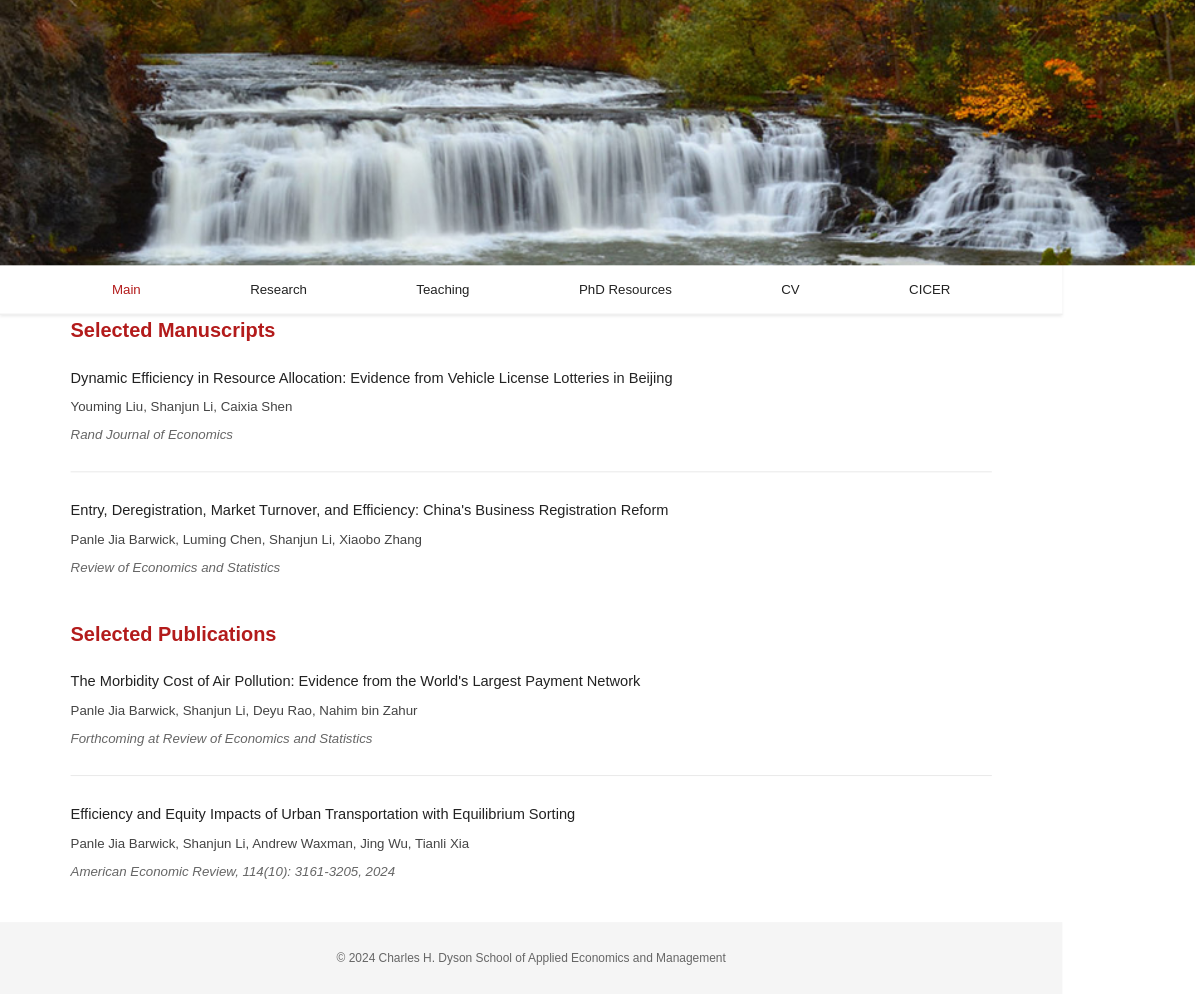
Repository: huang-heavenly-Emperor/k1_project
Page: index.html
These files come from the project's save history. The page is drawn as it stood at one moment and after the next save; the edit follows.
The browser window is 1280 px wide. The page is 1440 px wide, so the pictures cover 1440 px, including what lies to the right of the window. The pictures show the whole page, at 83% of full size.

Above is the page before, as saved 2024-11-17 04:58:29.

After the next save:
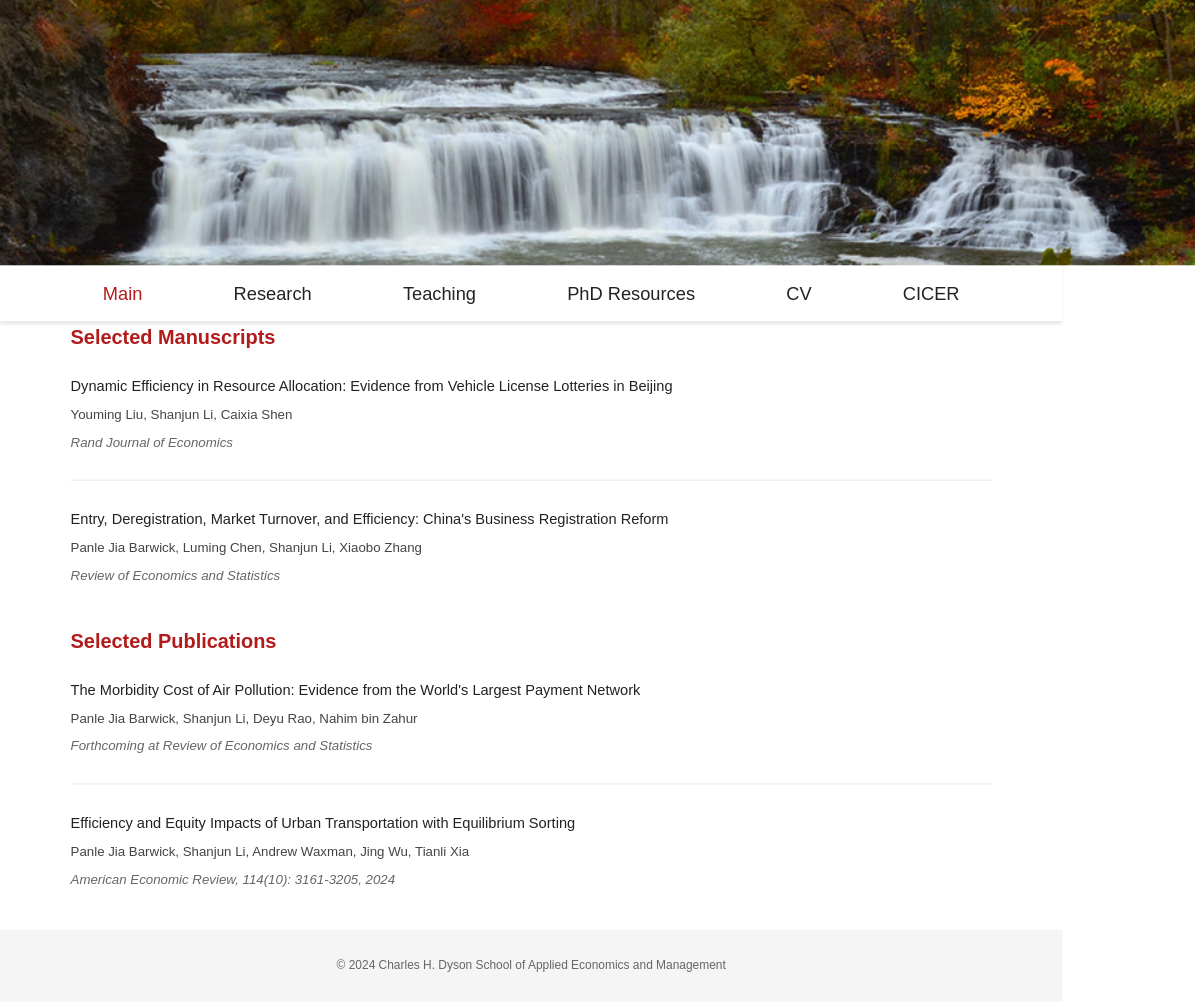
Saved 22 s later.
--- a/index.css
+++ b/index.css
@@ -59,6 +59,7 @@ nav a {
   text-decoration: none;
   color: var(--text-color);
   font-weight: 500;
+  font-size: 22px;
   padding: 0.5rem 0;
   transition: color 0.3s;
 }
